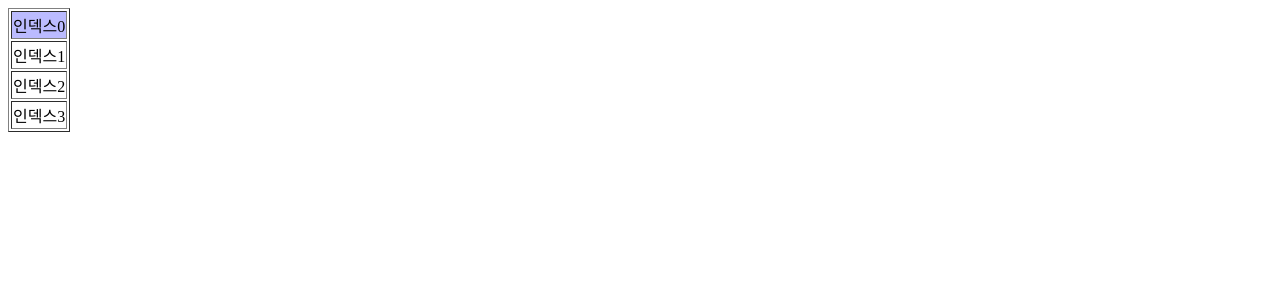
Repository: reddrinkbro/JSPStudy
Page: jQuery/WebContent/4필터선택자/20.html
These files come from the project's save history. The page is drawn as it stood at one moment and after the next save; the edit follows.
The browser window is 1280 px wide. The pictures show the whole page.

Above is the page before, as saved 2020-04-21 08:15:24.

After the next save:
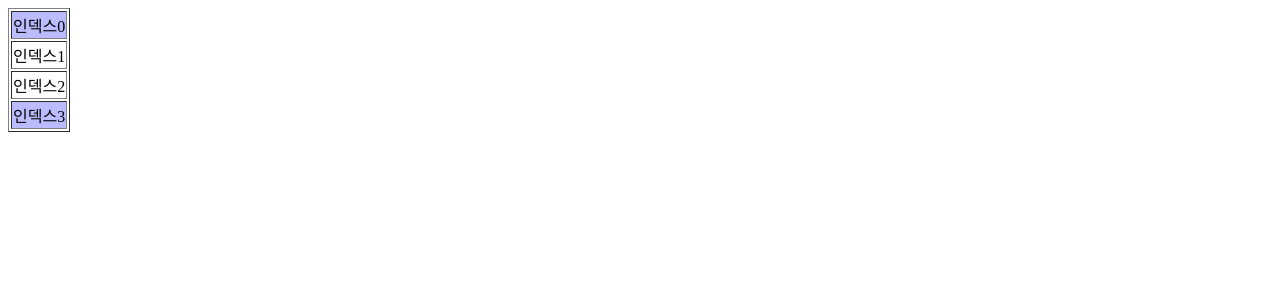
Saved 38 s later.
--- a/jQuery/WebContent/4필터선택자/20.html
+++ b/jQuery/WebContent/4필터선택자/20.html
@@ -14,6 +14,7 @@
 	$(function() {
 		//모든 <tr>태그를 선택해서 가져와 그중에서 첫번째 <tr>태그를 최종 ㅅ너택
 		$("tr:first").css("background-color","#bbf");
+		$("tr:last").css("background-color","#bbf");
 	});
 	</script>
 </head>

After the save that followed:
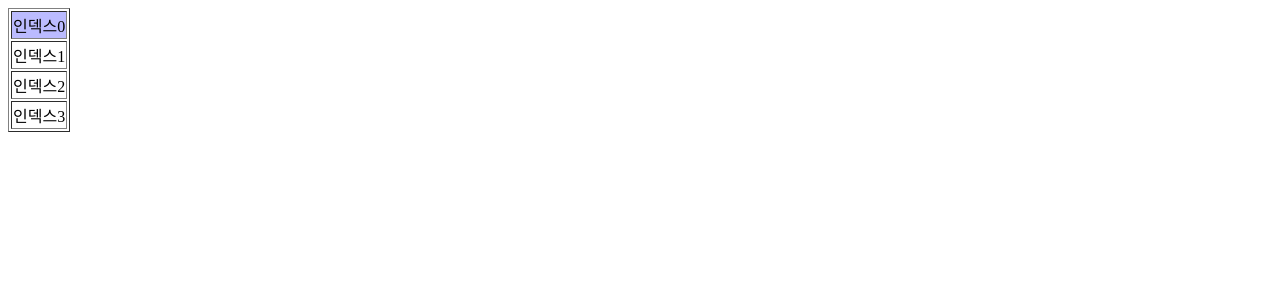
Saved 55 s later.
--- a/jQuery/WebContent/4필터선택자/20.html
+++ b/jQuery/WebContent/4필터선택자/20.html
@@ -14,7 +14,7 @@
 	$(function() {
 		//모든 <tr>태그를 선택해서 가져와 그중에서 첫번째 <tr>태그를 최종 ㅅ너택
 		$("tr:first").css("background-color","#bbf");
-		$("tr:last").css("background-color","#bbf");
+		$("tr:last").css("font-style","bold");
 	});
 	</script>
 </head>
